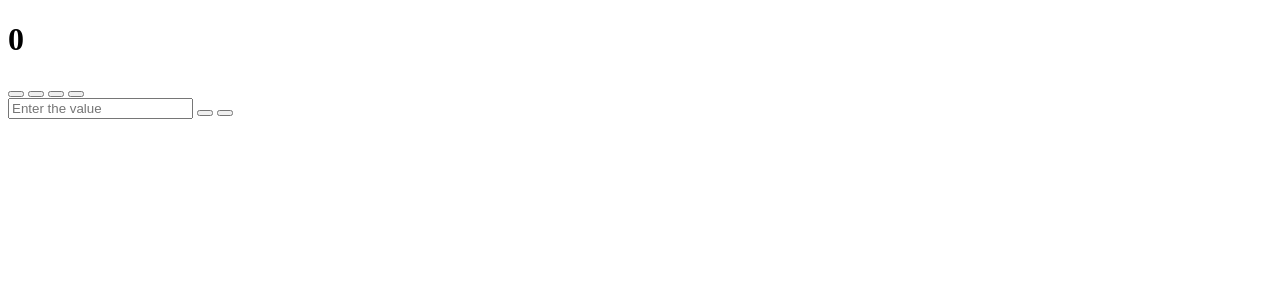
Repository: drumsmanku/micro-project-2
Page: index.html
These files come from the project's save history. The page is drawn as it stood at one moment and after the next save; the edit follows.
The browser window is 1280 px wide. The pictures show the whole page.

Above is the page before, as saved 2023-04-07 19:23:45.

After the next save:
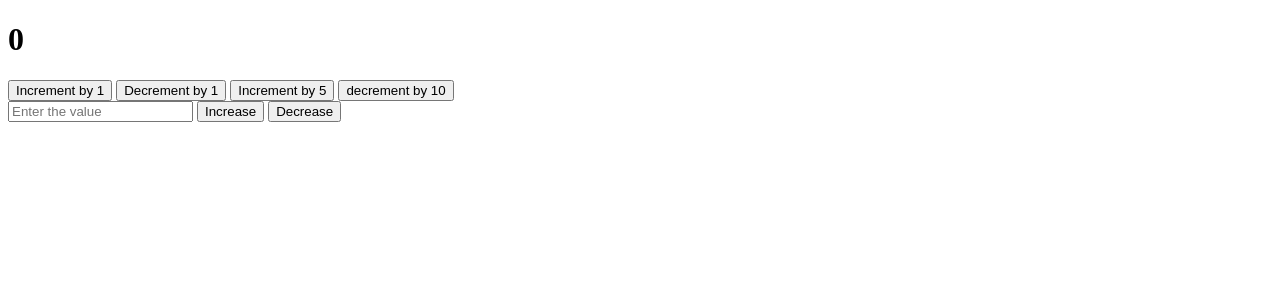
Saved 57 s later.
--- a/index.html
+++ b/index.html
@@ -11,15 +11,15 @@
     <h1 id="h1-tag">0</h1>
     <div class="second-part">
       <div class="second-first-part">
-        <button id="clicked-1"></button>
-        <button id="clicked-2"></button>
-        <button id="clicked-3"></button>
-        <button id="clicked-4"></button>
+        <button id="clicked-1">Increment by 1</button>
+        <button id="clicked-2">Decrement by 1</button>
+        <button id="clicked-3">Increment by 5</button>
+        <button id="clicked-4">decrement by 10</button>
       </div>
       <div class="second-second-part">
         <input type="number" name="num" id="num" placeholder="Enter the value">
-        <button id="inc-dec-1"></button>
-        <button id="inc-dec-2"></button>
+        <button id="inc-dec-1">Increase</button>
+        <button id="inc-dec-2">Decrease</button>
       </div>
 
     </div>
